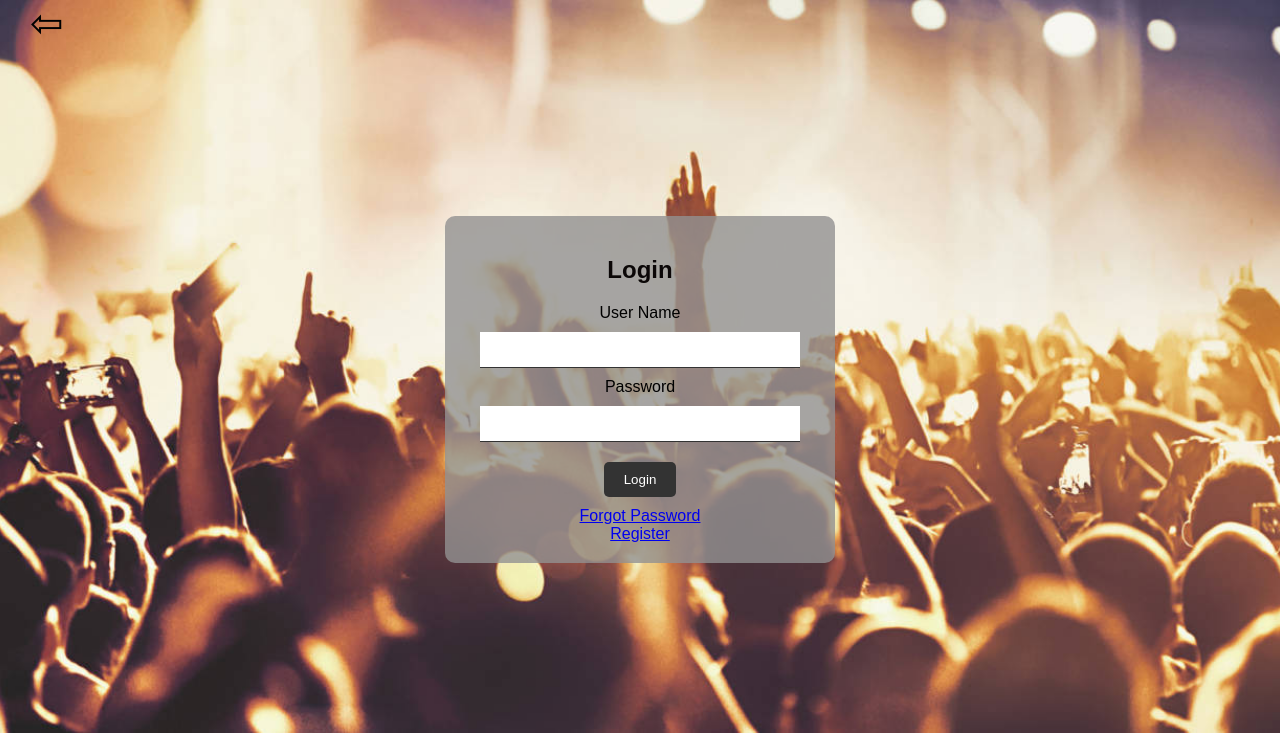
Repository: Dulankayapa/2ndyearoopprojrct
Page: http://localhost/feedback/login.jsp
An editor plug-in stored every save of this project. The page is shown before and after the next save, followed by the edit.
The browser window is 1280 px wide. The pictures show the whole page.
The page is served by Tomcat 9.

Above is the page before, as saved 2023-10-23 12:15:11.

After the next save:
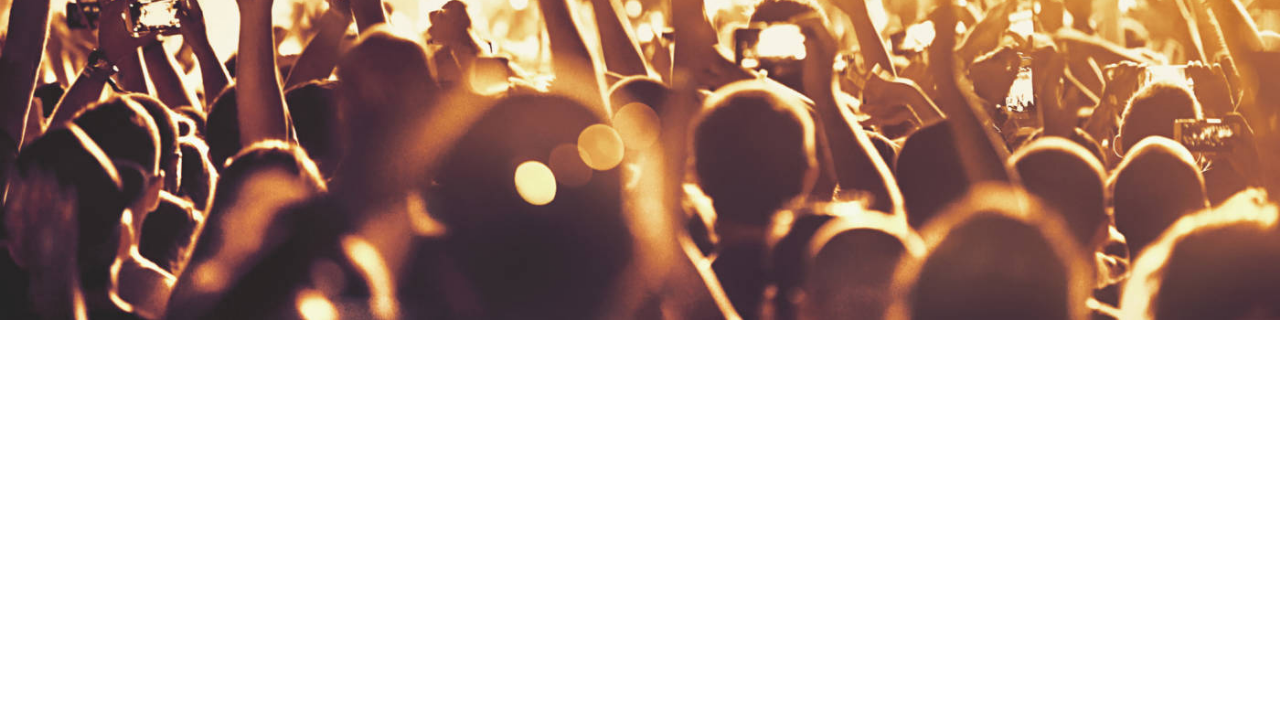
Saved 4 s later.
--- a/feedback/src/main/webapp/login.jsp
+++ b/feedback/src/main/webapp/login.jsp
@@ -58,7 +58,7 @@
         font-size: 40px;
 
         }
-    </style>
+    </style5
 </head>
 <body>
 <span class="back"> &#8678;</span>

After the save that followed:
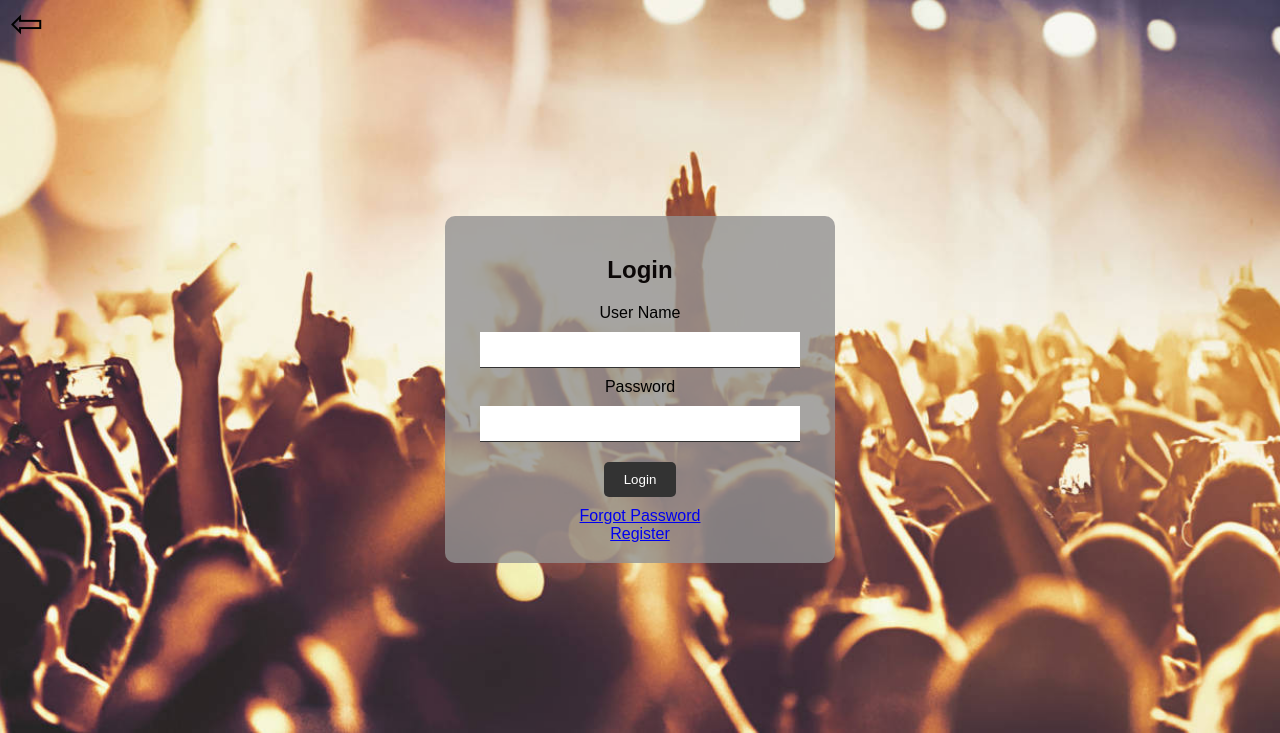
Saved 37 s later.
--- a/feedback/src/main/webapp/login.jsp
+++ b/feedback/src/main/webapp/login.jsp
@@ -54,11 +54,12 @@
         }
         .back{
         text-align:left;
-        margin-left:30px;
+        margin-left:10px;
         font-size: 40px;
 
         }
-    </style5
+        }
+    </style>
 </head>
 <body>
 <span class="back"> &#8678;</span>
